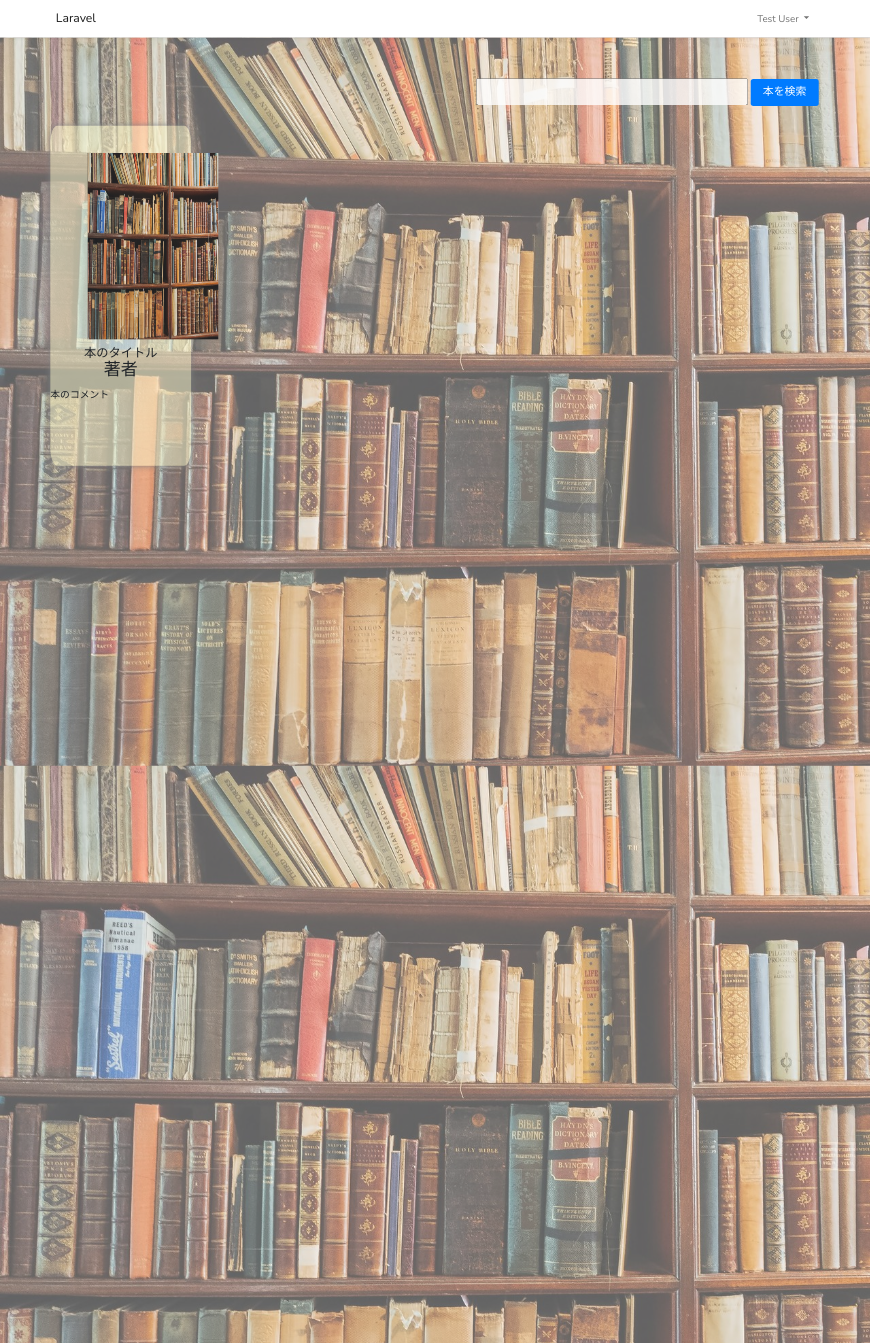
Repository: yamamotoryota1998/Bookreminder
Page: http://localhost/home
The author's editor kept a copy of each file at every save. The page is drawn from the files as they stood at one save, then again after the next save.
The browser window is 1280 px wide. The pictures show the whole page, at 68% of full size.
The page is served by the project's Laravel application, run on PHP 8.4 with Laravel 9. A made-up administrator, Test User (test@example.com), is signed in. Style sheets and scripts are compiled from the project's sources, by tool versions that may differ from the author's. Queries for data that is not in the repository find no rows.

Above is the page before, as saved 2023-04-08 20:38:12.

After the next save:
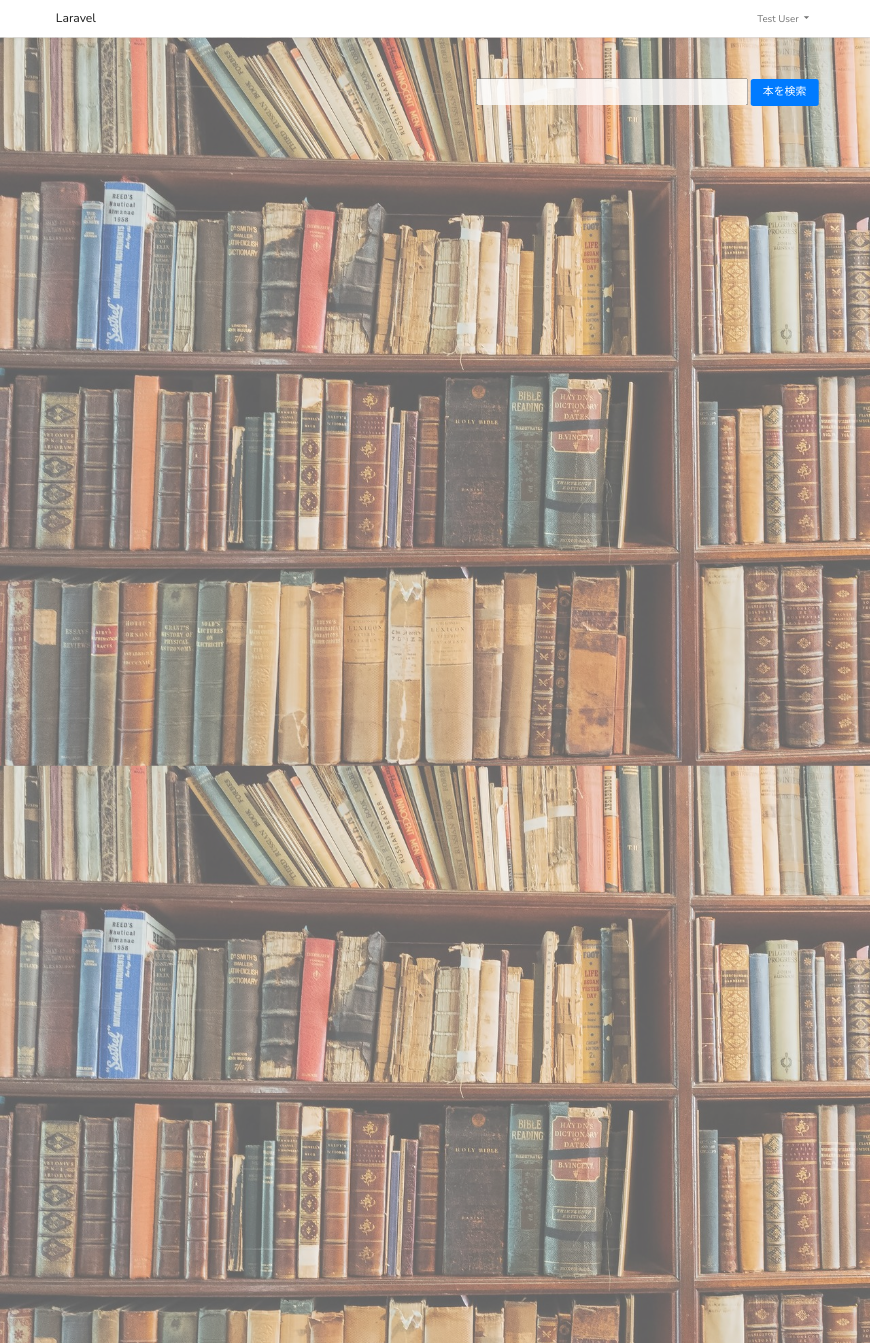
Saved 2 min 5 s later.
--- a/resources/views/home.blade.php
+++ b/resources/views/home.blade.php
@@ -1,7 +1,7 @@
 @extends('layouts.app')
 
 @section('content')
-<div class="wrapper-all" >
+<div class="wrapper-all">
     <div class="form-contents">
         <form action="{{ route('result') }}" method="get">
             <input class="book-name" type="text" name="book" value="{{ app('request')->input('book') }}" size="20" required>
@@ -9,12 +9,28 @@
         </form>
     </div>
     <div class="wrapper-contents">
-        <div class="contents">
-            <img src="/public/img/本棚.jpg" class="book-img">
-            <h3 class="book-title">本のタイトル</h3>
-            <h5 class="book-author">著者</h5>
-            <p class="book-comment">本のコメント</p>
-        </div>
+        @foreach ($books as $book)
+            <div class="contents">
+                @if (isset($book->thumbnail))
+                    <img src="{{ $book->thumbnail }}" class="book-img" alt="{{ $book->title }}の画像">
+                @else
+                    <div class="noimg">
+                        <h3 class="noimg-text">該当画像なし<h3>
+                    </div>
+                @endif
+                <h3 class="book-title">{{ $book->title }}</h3>
+                @if (isset($book->author))
+                    <h5 class="book-author">{{ $book->author }}</h5>
+                @else
+                    <h5 class="noauthor">該当著者なし</h5>
+                @endif
+                @if (isset($book->comment))
+                    <p class="book-comment">{{ $book->comment }}</p>
+                @else
+                    <p class="nocomment">コメントなし</p>
+                @endif
+            </div>
+        @endforeach
     </div>
 </div>
 @endsection
